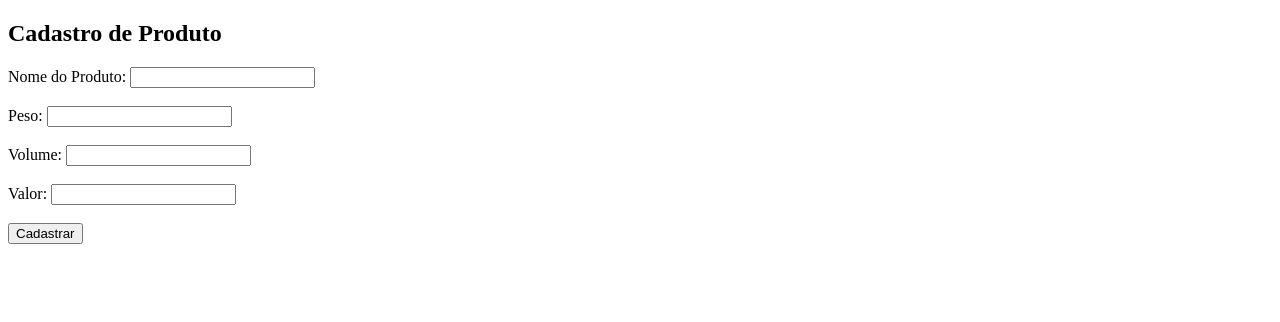
Repository: alvarofgomes/TartarugaCometa
Page: http://localhost/TartarugaCometa/src/main/WebContent/produto/cadastrar.jsp
An editor plug-in stored every save of this project. The page is shown before and after the next save, followed by the edit.
The browser window is 1280 px wide. The pictures show the whole page.
The page is served by Tomcat 9.

Above is the page before, as saved 2025-12-17 20:31:52.

After the next save:
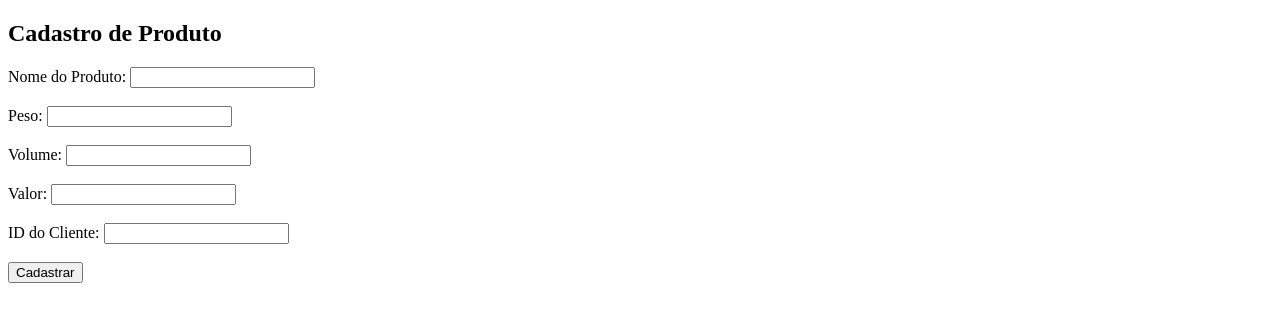
Saved 37 s later.
--- a/TartarugaCometa/src/main/WebContent/produto/cadastrar.jsp
+++ b/TartarugaCometa/src/main/WebContent/produto/cadastrar.jsp
@@ -16,6 +16,7 @@
 	    Peso: <input type="text" name="peso"><br><br>
 	    Volume: <input type="text" name="volume"><br><br>
 	    Valor: <input type="text" name="valorfrete"><br><br>
+	    ID do Cliente: <input type="text" name="id"><br><br>
 
 	    <input type="submit" value="Cadastrar">
 
